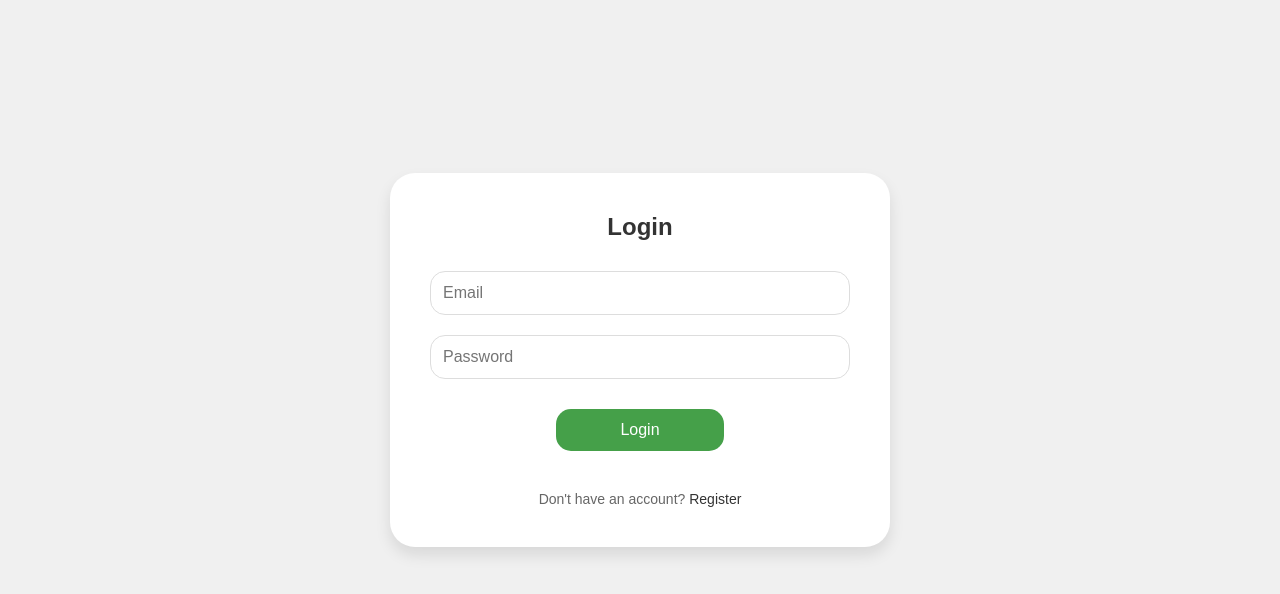
Repository: Sujith-B-S/Food-Application
Page: http://localhost/FoodApplication/
These files come from the project's save history. The page is drawn as it stood at one moment and after the next save; the edit follows.
The browser window is 1280 px wide. The pictures show the whole page.
The pointer rests on the first visible `.login-container input[type="submit"]`.
The page is served by Tomcat 9. Other server files are loaded and not shown.

Above is the page before, as saved 2024-11-13 12:27:30.

### FoodApplication/src/main/webapp/login.jsp
<%@ page language="java" contentType="text/html; charset=UTF-8" pageEncoding="UTF-8"%>
<!DOCTYPE html>
<html>
<head>
    <meta charset="UTF-8">
    <title>Login Page</title>
    <style>
        /* Basic Reset */
        * {
            margin: 0;
            padding: 0;
            box-sizing: border-box;
        }

        body {
            display: flex;
            justify-content: center;
            align-items: center;
            height: 100vh;
            font-family: Arial, sans-serif;
            background-color: #f0f0f0;
            color: #333;
        }

        /* Card Container */
        .login-container {
            background-color: white;
            width: 500px;
            padding: 40px;
            box-shadow: 0px 8px 15px rgba(0, 0, 0, 0.1);
            border-radius: 25px;
            text-align: center;
        }

        /* Title */
        .login-container h2 {
            margin-bottom: 20px;
            color: #333;
            font-size: 24px;
        }

        /* Input Styles */
        .login-container input[type="text"],
        .login-container input[type="password"] {
            width: 100%;
            padding: 12px;
            margin: 10px 0;
            border: 1px solid #ddd;
            border-radius: 15px;
            font-size: 16px;
        }

        /* Button */
        .login-container input[type="submit"] {
            width: 40%;
            padding: 12px;
            margin-top: 20px;
            background-color: #FF7F50;
            border: none;
            color: white;
            font-size: 16px;
            border-radius: 15px;
            cursor: pointer;
            transition: background-color 0.3s ease;
        }

        .login-container input[type="submit"]:hover {
            background-color: #45a049;
        }

        /* Register Link with Animation */
        .register-link {
            margin-top: 20px;
            display: inline-block;
            color: #333;
            text-decoration: none;
            font-size: 14px;
            transition: color 0.3s ease;
        }

        /* Hover and Animation */
        .register-link:hover {
            color: #F88379;
            transform: scale(1.1);
            transition: transform 0.3s ease, color 0.3s ease;
        }

        /* Footer Text */
        .footer-text {
            margin-top: 20px;
            font-size: 14px;
            color: #666;
        }
    </style>
</head>
<body>

<div class="login-container">
    <h2>Login</h2>
    <form action="login" method="POST">

        <input type="text" id="email" name="email" required placeholder="Email"><br>

        <input type="password" id="pwd" name="pwd" required placeholder="Password"><br>

        <input type="submit" value="Login">
    </form>

    <p class="footer-text">
        Don't have an account?
        <a href="register.jsp" class="register-link">Register</a>
    </p>
</div>

</body>
</html>

After the next save:
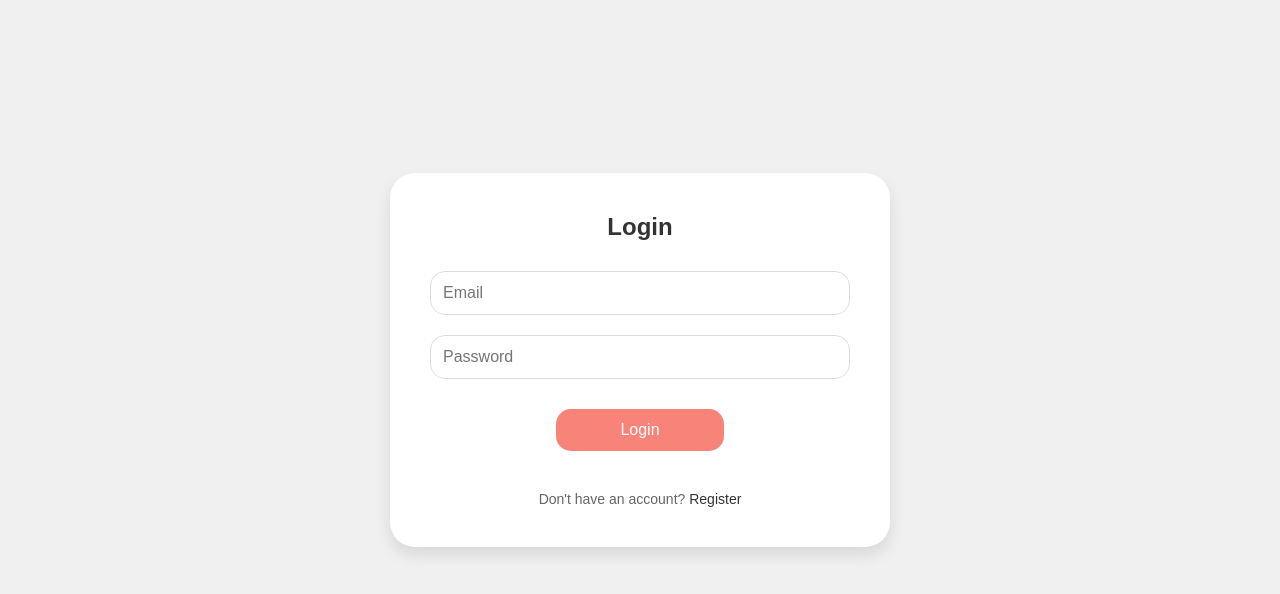
Saved 71 s later.
--- a/FoodApplication/src/main/webapp/login.jsp
+++ b/FoodApplication/src/main/webapp/login.jsp
@@ -65,7 +65,7 @@
         }
 
         .login-container input[type="submit"]:hover {
-            background-color: #45a049;
+            background-color: #F88379;
         }
 
         /* Register Link with Animation */
@@ -80,7 +80,7 @@
 
         /* Hover and Animation */
         .register-link:hover {
-            color: #F88379;
+            color: #4CAF50;
             transform: scale(1.1);
             transition: transform 0.3s ease, color 0.3s ease;
         }
